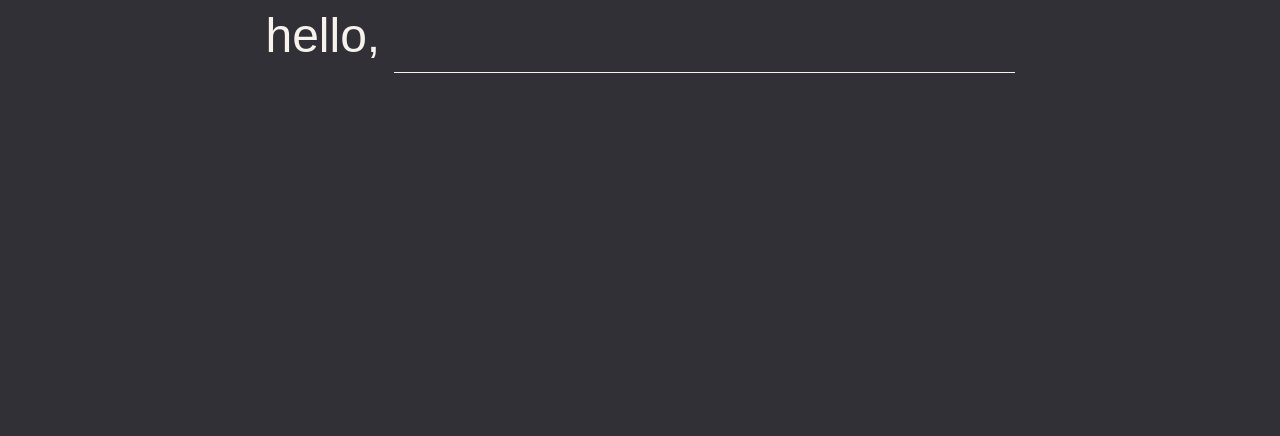
Repository: zhangolivia7/rot-recovery
Page: /
An editor plug-in stored every save of this project. The page is shown before and after the next save, followed by the edit.
The browser window is 1280 px wide. The pictures show the whole page.
The project was rebuilt for these pictures with package versions that can differ from the ones it lists, and the page was loaded fresh each time. The framework's server and built-in components were replaced by stand-ins that run in the browser. Also part of the build but not shown: next.config.ts.

Above is the page before, as saved 2025-03-26 10:33:44.

After the next save:
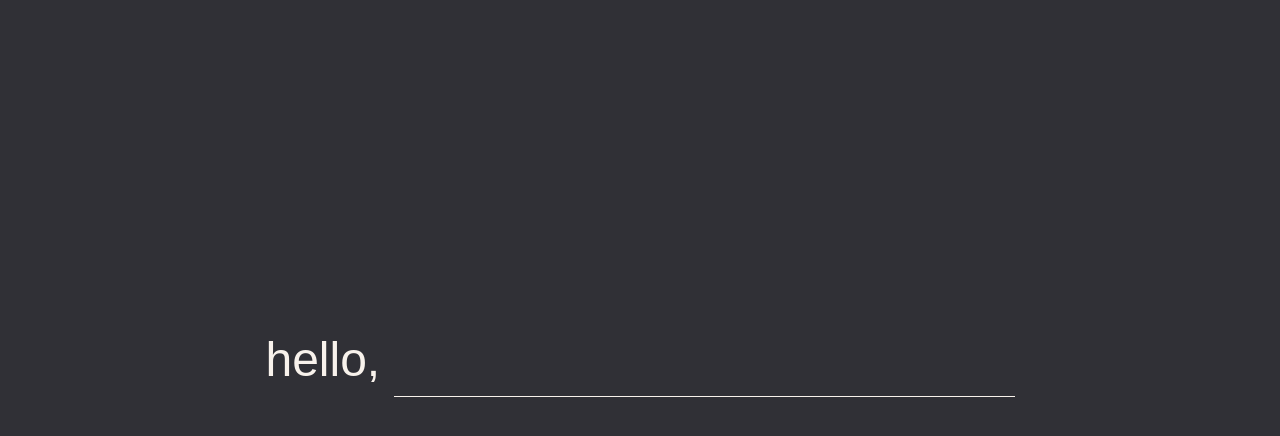
Saved 15 s later.
--- a/src/app/page.tsx
+++ b/src/app/page.tsx
@@ -79,7 +79,7 @@ export default function Home() {
     <div className={`h-screen snap-y snap-mandatory ${name.trim() === "" ? "overflow-hidden" : "overflow-y-scroll"}`}>
       {/* Section 1 */}
       <section className="h-screen flex justify-center items-center snap-start">
-        <div id="sec1" className="w-full h-full flex flex-col justify-start items-center pt-0">
+        <div id="sec1">
           <main className="flex flex-col gap-[32px] row-start-2 items-center sm:items-start">
             <div>
               <h1>
